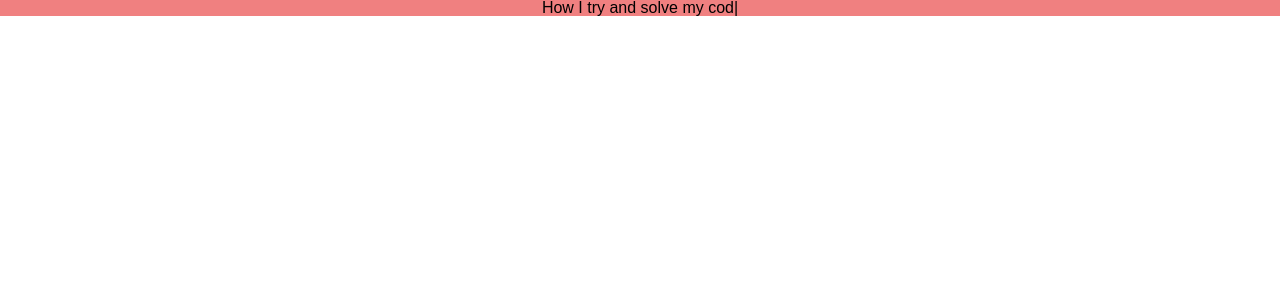
Repository: chashoff/portfolio-winner
Page: /blog (app in reactjs/)
An editor plug-in stored every save of this project. The page is shown before and after a run of saves, followed by the edit.
The browser window is 1280 px wide. The pictures show the whole page.
The project was rebuilt for these pictures with package versions that can differ from the ones it lists, and the page was loaded fresh each time. Also part of the build but not shown: reactjs/src/styles/Home.css, reactjs/src/components/gridItem/index.js, reactjs/src/components/social/index.css, reactjs/src/components/social/index.js, reactjs/src/views/Home.js, reactjs/src/views/About.js, reactjs/src/views/Projects.js, reactjs/src/views/Contact.js.

Above is the page before, as saved 2020-05-24 00:44:35.

After the next 4 saves:
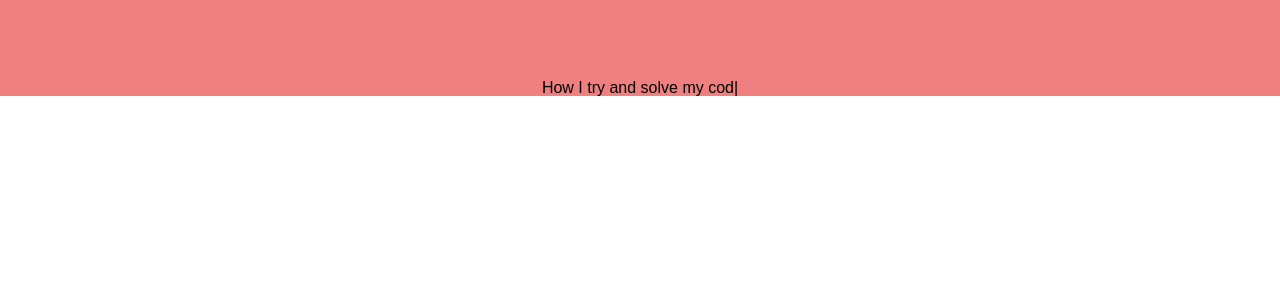
The 4 saves are shown as one change because they came seconds apart.
The last was saved 10 s later.
--- a/reactjs/src/styles/Blog.css
+++ b/reactjs/src/styles/Blog.css
@@ -1,3 +1,6 @@
 .hero-container {
     background-color: lightcoral;
 }
+.typed-js {
+    margin-top: 5em;
+}
